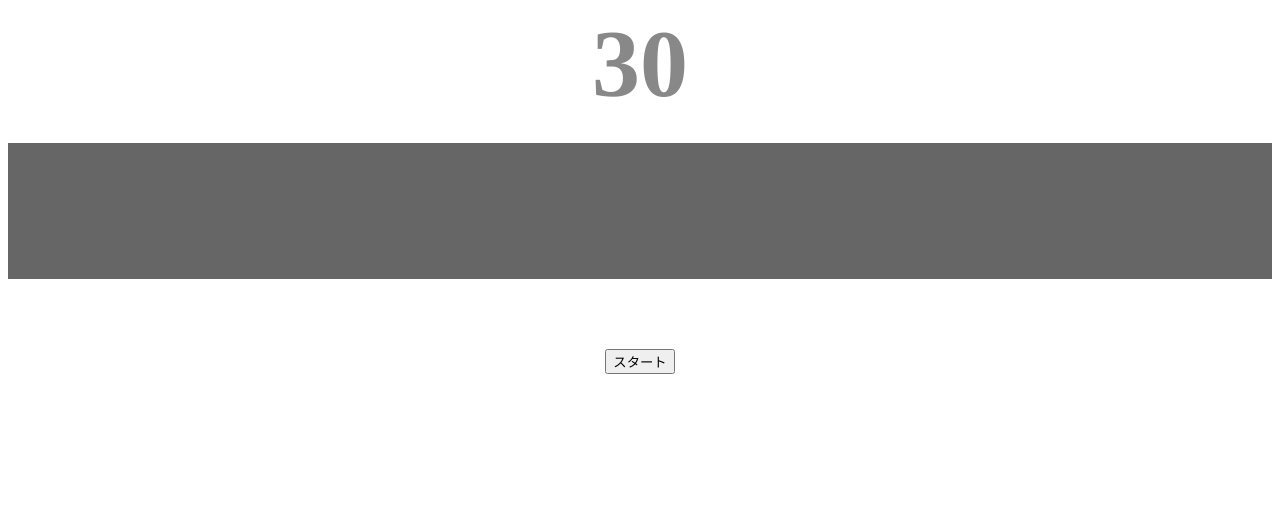
Repository: BenBen-san/Typing-Game
Page: typinggame_custom.html
The author's editor kept a record of every edit. The page is drawn from the files as they stood at one moment, then again after the next edit.
The browser window is 1280 px wide. The pictures show the whole page.

Above is the page before.

After the next edit:
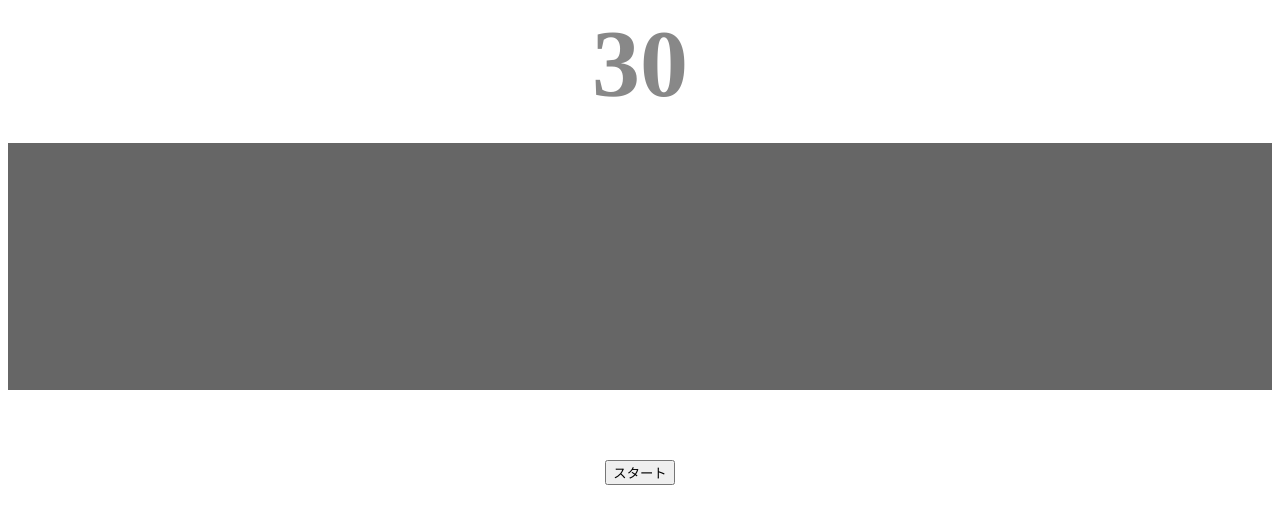
The edit:
--- a/typinggame_custom.html
+++ b/typinggame_custom.html
@@ -50,6 +50,7 @@
 
     <div id="wrap">
         <p id="text"></p>
+        <img id="image_place">
     </div>
     <button id="start">スタート</button>
 
